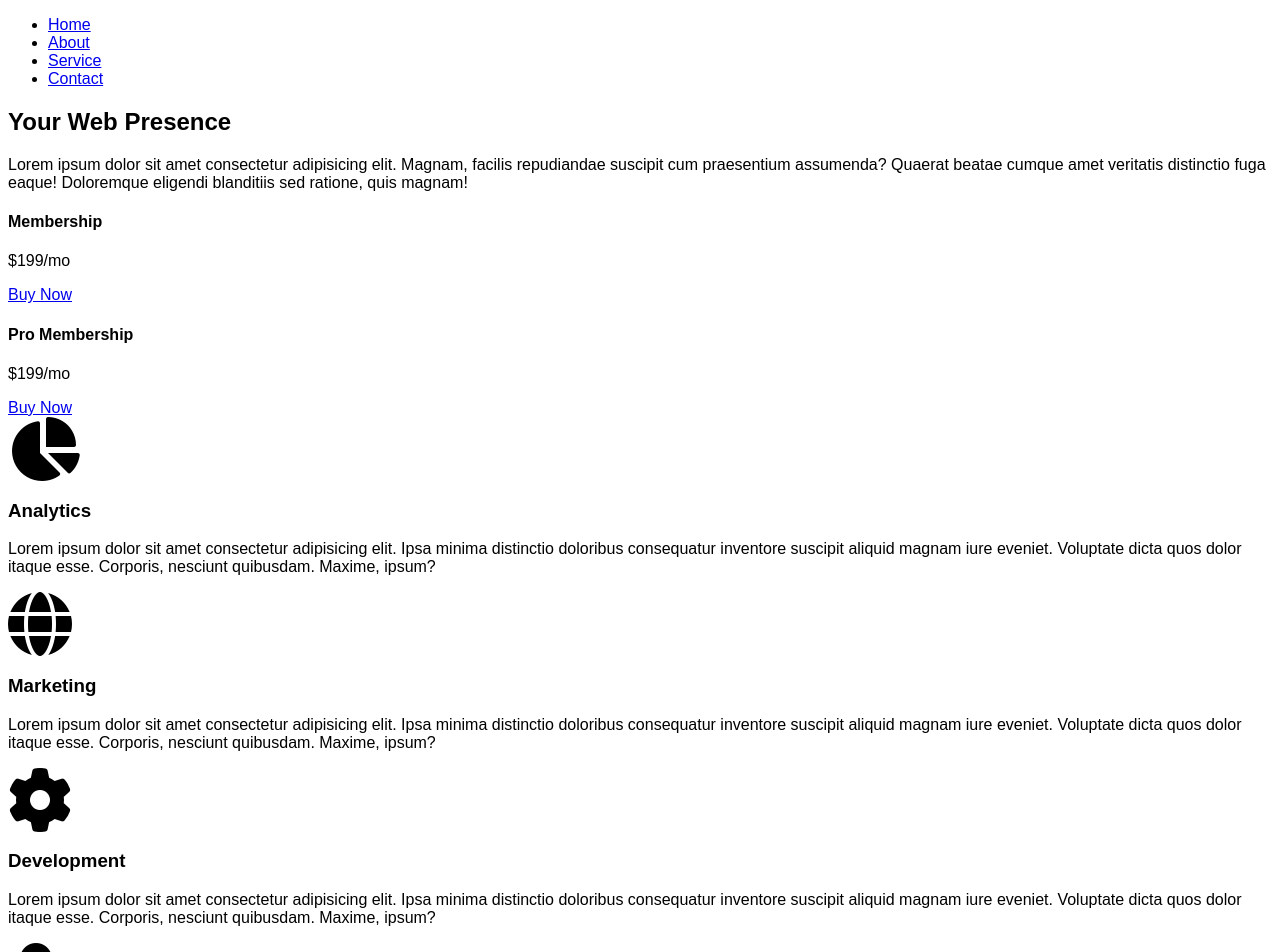
Repository: 1813404040072/grid-demo
Page: index.html
The author's editor kept a copy of each file at every save. The page is drawn from the files as they stood at one save, then again after a run of saves.
The browser window is 1280 px wide. The pictures show the part of the page from y = 0 to 952 px (the page is 1964 px tall).
Some web libraries are served in a nearby version.

Above is the page before, as saved 2019-12-24 23:09:41.

After the next 4 saves:
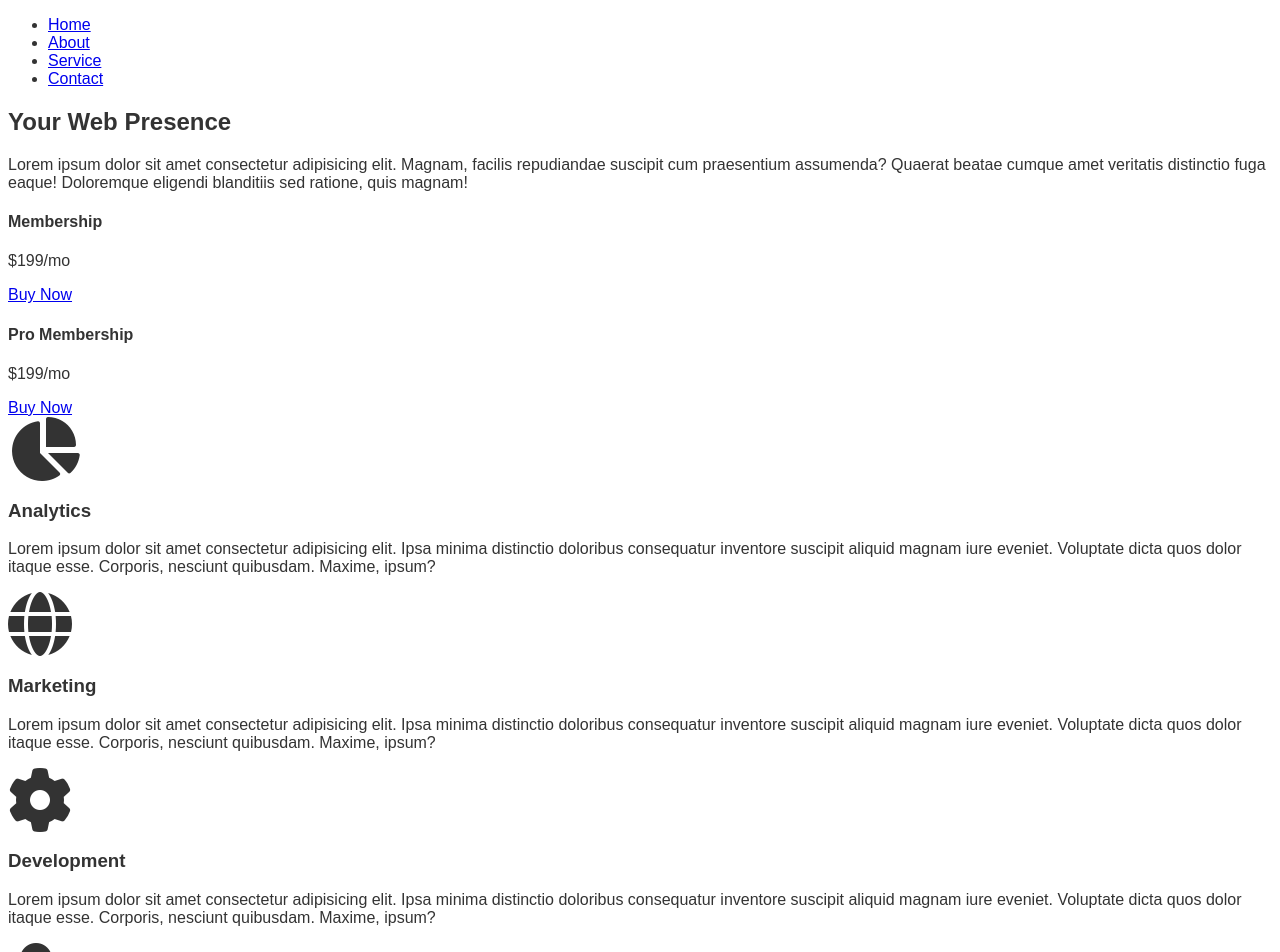
The 4 saves are shown as one change because they came seconds apart.
The last was saved 8 s later.
--- a/style.css
+++ b/style.css
@@ -9,5 +9,5 @@
 html{
     box-sizing: border-box;
     font-family: Arial, Helvetica, sans-serif;
-    color: ;
+    color: var(--dark);
 }
